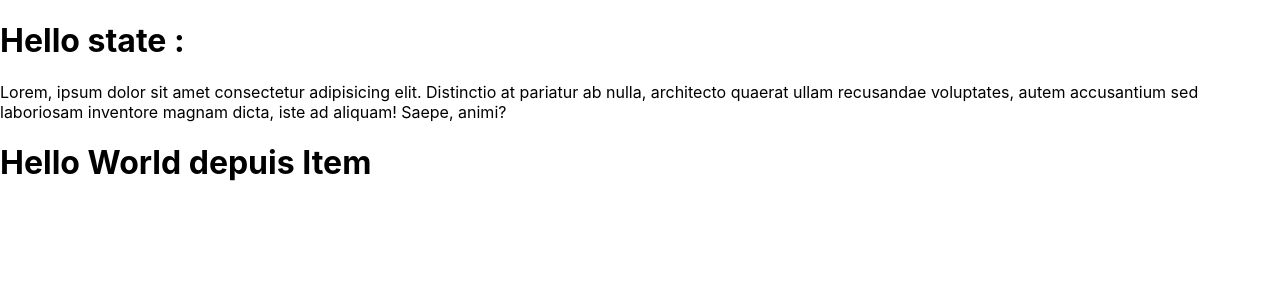
Repository: Michelhof1978/react
Page: / (app in application-react/)
An editor plug-in stored every save of this project. The page is shown before and after the next save, followed by the edit.
The browser window is 1280 px wide. The pictures show the whole page.
The project was rebuilt for these pictures with package versions that can differ from the ones it lists, and the page was loaded fresh each time.

Above is the page before, as saved 2023-05-11 17:51:38.

After the next save:
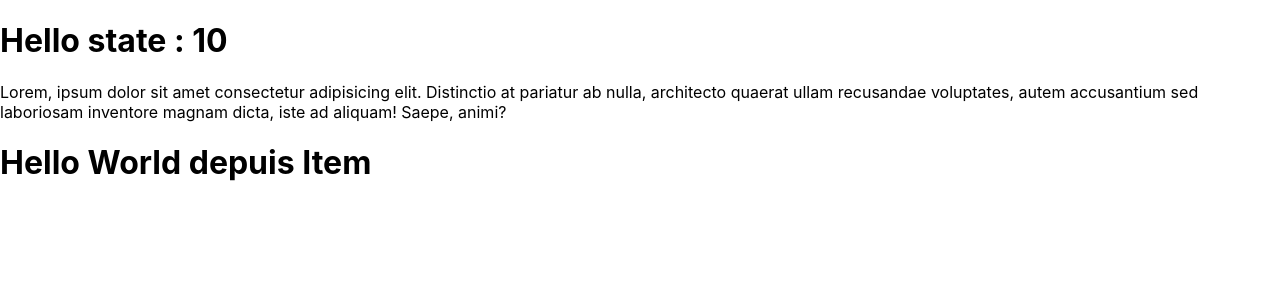
Saved 5 s later.
--- a/application-react/src/App.js
+++ b/application-react/src/App.js
@@ -24,7 +24,7 @@ function App() {//Cette fonction est un composant
 // ----------------------
     return (
      <div className="App">  {/* Ce n est pas du html mais du jsx, ici on ne mets pas class mais className pour du jsx*/}
-      <h1>Hello state : </h1>
+      <h1>Hello state : {monState} </h1>
      <p>Lorem, ipsum dolor sit amet consectetur adipisicing elit. Distinctio at pariatur ab nulla, architecto quaerat ullam recusandae voluptates, autem accusantium sed laboriosam inventore magnam dicta, iste ad aliquam! Saepe, animi?</p>
       <Item />  {/*On récupére le composant Item de Item.js */}
 
